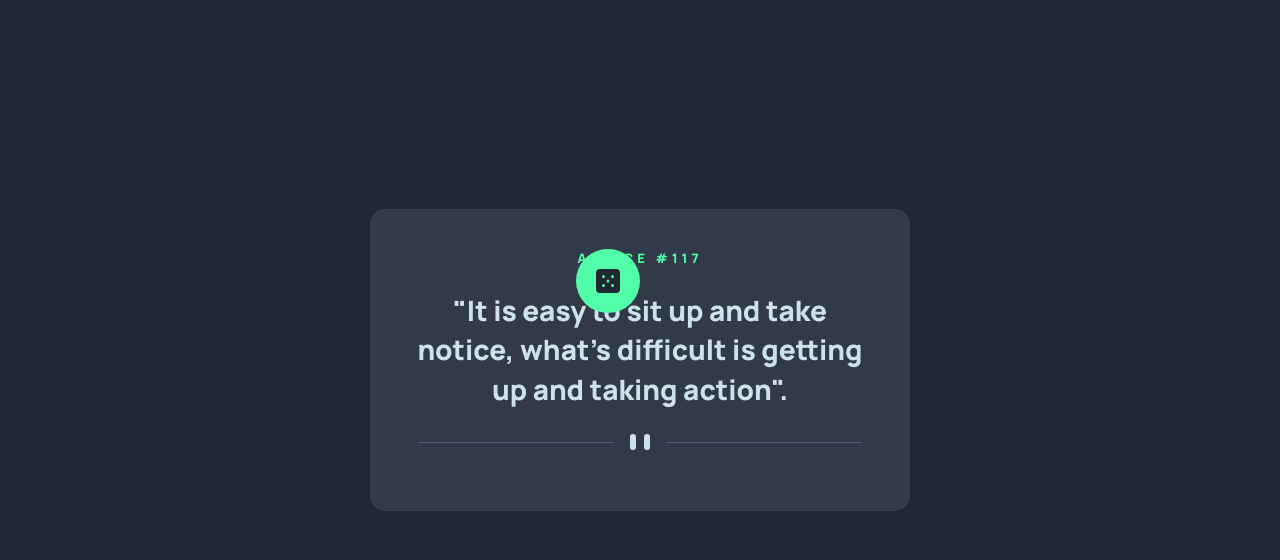
Repository: Daki-builds/advice-generator-app
Page: index.html
The author's editor kept a copy of each file at every save. The page is drawn from the files as they stood at one save, then again after the next save.
The browser window is 1280 px wide. The pictures show the whole page.

Above is the page before, as saved 2026-10-08 19:40:48.

After the next save:
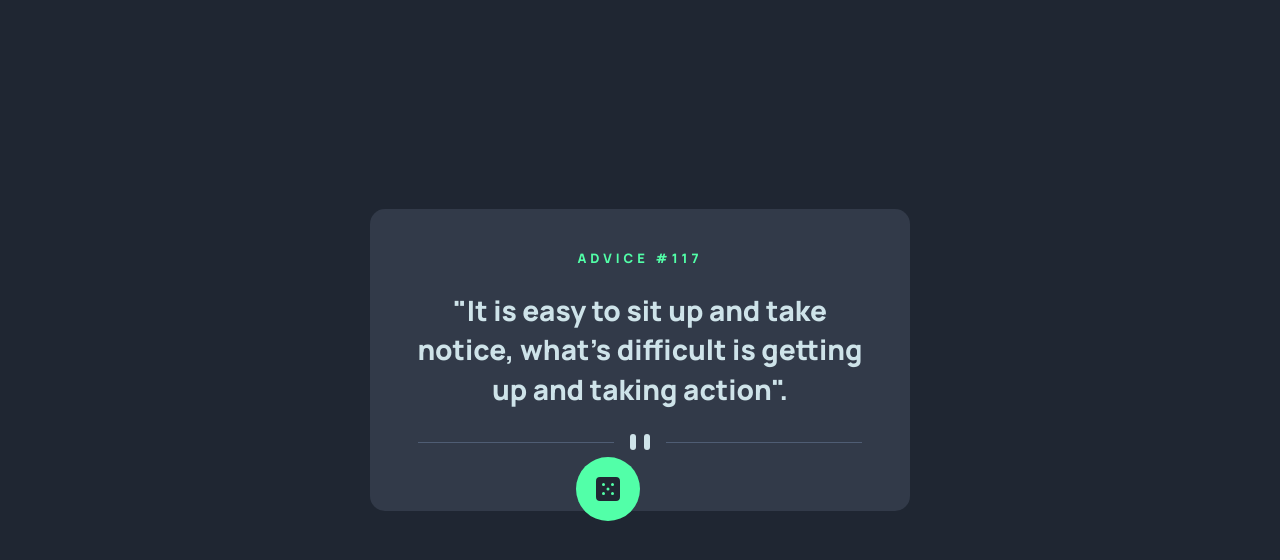
Saved 6 s later.
--- a/style.css
+++ b/style.css
@@ -62,7 +62,7 @@ p {
 
 button {
   position: absolute;
-  bottom: -10;
+  bottom: -10px;
   /* left: 50%; */
   transform: translateX(-50%);
 
